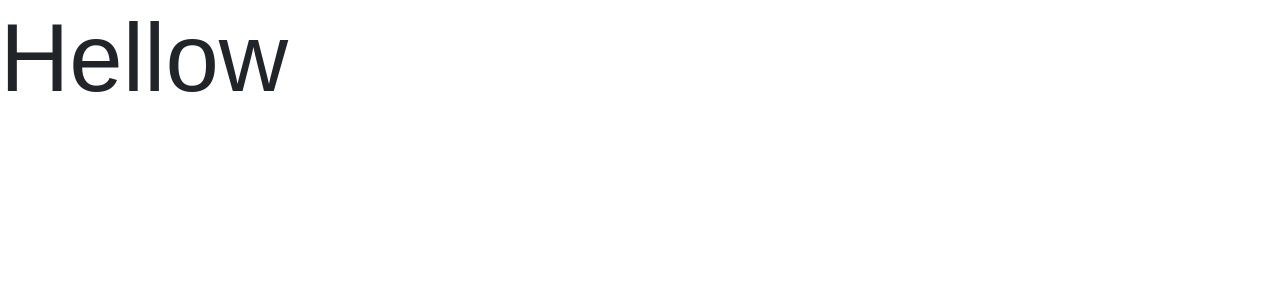
Repository: resttechsolutions/onlineStore
Page: home.html
These files come from the project's save history. The page is drawn as it stood at one moment and after a run of saves; the edit follows.
The browser window is 1280 px wide. The pictures show the whole page.

Above is the page before, as saved 2020-09-05 18:06:31.

### home.html
<!DOCTYPE html>
<html lang="en">

    <head>
        <meta charset="UTF-8">
        <meta name="viewport" content="width=device-width, initial-scale=1.0">
        <title>Pagina de Login</title>
        <link rel="stylesheet"
            href="Assets/Lib/Bootstrap/css/bootstrap.css">
        <link rel="stylesheet" href="Assets/Css/login.css">
    </head>

    <body>
        <h1 class="display-1">Hellow</h1>

        <!-- Libs -->
        <script src="Assets/Lib/jQuery/jquery-3.5.1.min.js"></script>
        <script src="Assets/Js/login.js"></script>

    </body>

</html>

### Assets/Css/login.css
body {
    font-family: Arial, Helvetica, sans-serif;
}

.titulo {
    border-bottom: 3px solid #f1f1f1;
    padding-bottom: 15px;
    margin: 20px 15px;
}

#logo{
    height:150px;
}

h2{
    margin-left: 5px;
}

### Assets/Js/login.js
$('#login-btn').click(function(){
    let _username = $('#UserName').val();
    let _password = $('#Password').val();

    if (_username == '' || _password == '') {
        $('#divError').show();
        $('#divError').removeClass().addClass('alert');
        $('#divError').addClass('alert-warning');
        $('#divError').html('<strong>Alerta!</strong> Usuario y Clave Son Requeridos');

        return;

    }

    // Call Login Fucnction
    var result = doLogin(_username, _password);

    //Show Hidden Div
    $('#divError').show();

    //Remove All CSS Class And Alert Class
    $('#divError').removeClass().addClass('alert');
    if (!result) {
        //Add error Div Class
        $('#divError').addClass('alert-danger');
        //Write in to html
        $('#divError').html('<strong>Error!</strong> Credenciales Invalidas.');
        return;
    }

    //All is OK
    $('#login-btn').fadeOut(1000);

    //Add Success Div div Class
    $('#divError').addClass('alert-success');

    //Write in to HTML Div
    $('#divError').html('<strong>CREDENCIALES VALIDAS!</strong> Usuario y Clave Correcta');

    //Call Timeout from javascript and set two seconds from execute
    setTimeout(function(){
        //Set or Update Local Storage Variable
        localStorage.setItem('UserIsValid', 1);
        //Redirect to HTML HomePage
        window.location.href = 'home.html'
    }, 2000)
})

function doLogin(username, password){
    if (username == 'admin' && password == 'admin') {
        return true;
    }
    return false;
}

Loaded but not shown: Assets/Lib/Bootstrap/css/bootstrap.css (library); Assets/Lib/jQuery/jquery-3.5.1.min.js (library)

After the next 2 saves:
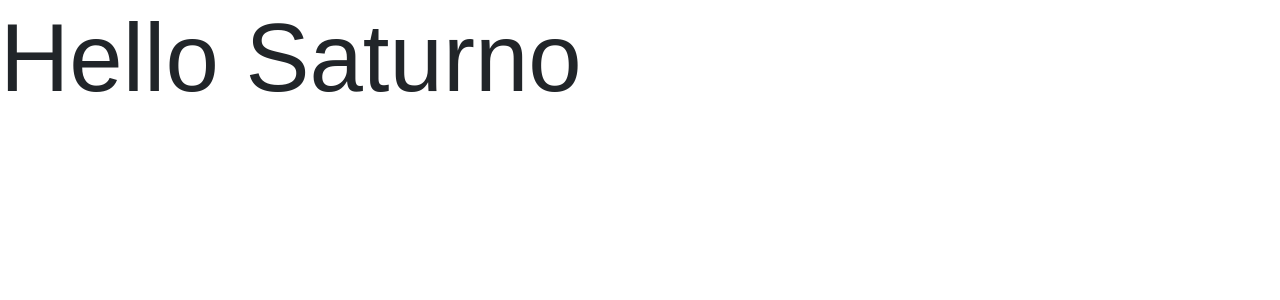
The 2 saves are shown as one change because they came seconds apart.
The last was saved 6 s later.
--- a/home.html
+++ b/home.html
@@ -11,7 +11,7 @@
     </head>
 
     <body>
-        <h1 class="display-1">Hellow</h1>
+        <h1 class="display-1">Hello Saturno</h1>
 
         <!-- Libs -->
         <script src="Assets/Lib/jQuery/jquery-3.5.1.min.js"></script>
